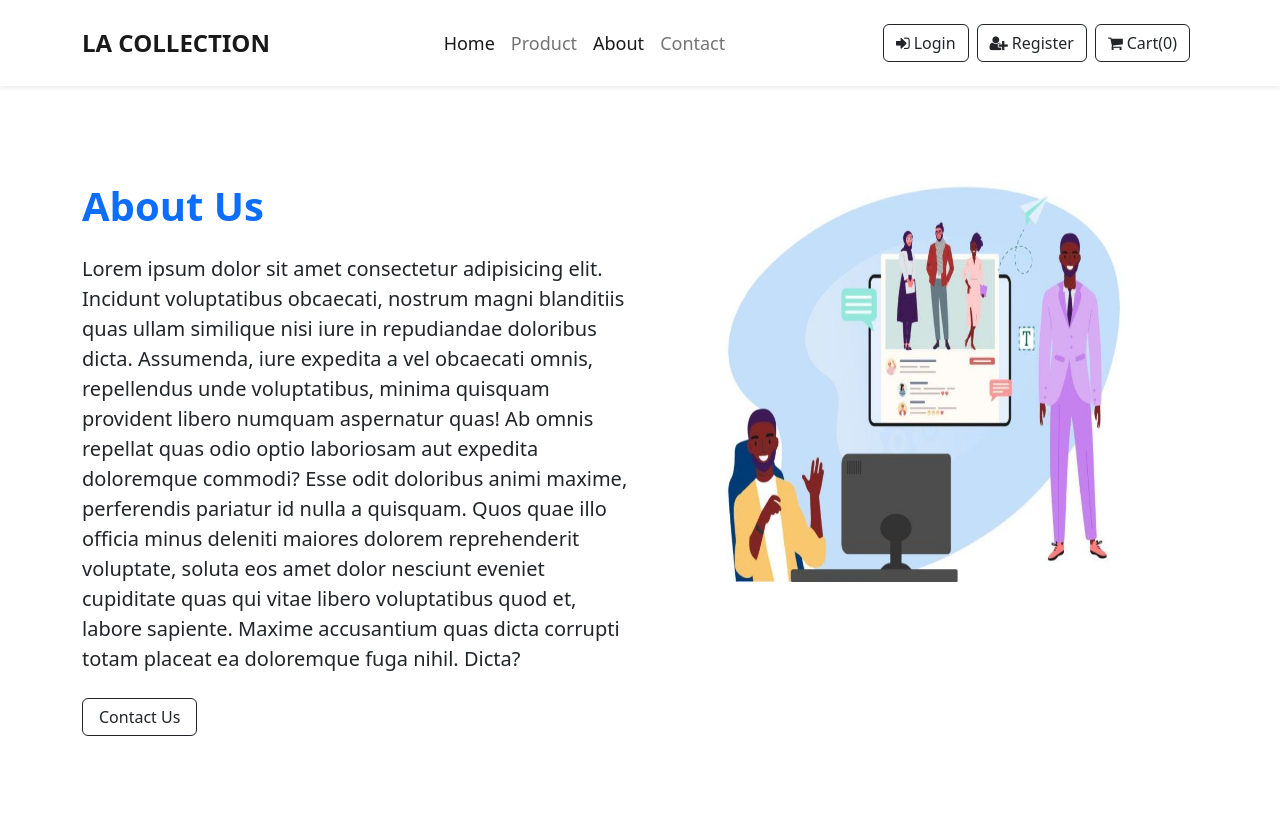
Repository: tiendungjr123/Ecommerce
Page: /about
These files come from the project's save history. The page is drawn as it stood at one moment and after the next save; the edit follows.
The browser window is 1280 px wide. The pictures show the whole page.
The project was rebuilt for these pictures with package versions that can differ from the ones it lists, and the page was loaded fresh each time. Also part of the build but not shown: src/components/Products.jsx, src/components/Home.jsx, src/redux/action/index.js, src/components/ProductDetail.jsx, src/components/Contact.jsx, src/components/Cart.jsx, src/components/Checkout.jsx.

Above is the page before, as saved 2022-10-04 13:34:25.

### src/index.js
import React from 'react';
import ReactDOM from 'react-dom/client';
import './index.css';
import App from './App';
import '../node_modules/bootstrap/dist/css/bootstrap.min.css';
import '../node_modules/font-awesome/css/font-awesome.min.css';
import 'react-loading-skeleton/dist/skeleton.css'
import { BrowserRouter } from 'react-router-dom';
import store from './redux/store';
import { Provider } from 'react-redux';
const root = ReactDOM.createRoot(document.getElementById('root'));
root.render(
   <BrowserRouter>
      <Provider store={store}>
         <App />
      </Provider>
   </BrowserRouter>
);

### src/index.css
body {
   margin: 0;
   font-family: -apple-system, BlinkMacSystemFont, "Segoe UI", "Roboto", "Oxygen", "Ubuntu", "Cantarell", "Fira Sans",
      "Droid Sans", "Helvetica Neue", sans-serif;
   -webkit-font-smoothing: antialiased;
   -moz-osx-font-smoothing: grayscale;
}

code {
   font-family: source-code-pro, Menlo, Monaco, Consolas, "Courier New", monospace;
}

### src/App.js
import './App.css';
import Home from './components/Home';
import Navbar from './components/Navbar';
import {Route,  Routes} from 'react-router-dom';
import Products from './components/Products';
import ProductDetail from './components/ProductDetail';
import About from './components/About';
import Contact from './components/Contact';
import Cart from './components/Cart';
import Checkout from './components/Checkout';
function App() {
   return (
      <>
         <Navbar/>
         <Routes>
            <Route exact path='/' element={<Home/>}/>
            <Route exact path='/products' element={<Products/>}/>
            <Route exact path='/products/:id' element={<ProductDetail/>}/>
            <Route exact path='/about' element={<About/>}/>
            <Route exact path='/contact' element={<Contact/>}/>
            <Route exact path='/cart' element={<Cart/>}/>
            <Route exact path='/checkout' element={<Checkout/>}/>
         </Routes>
      </>
   );
}

export default App;

### src/redux/store.js
import { createStore } from "redux";
import rootReducers from "./reducer";
const store = createStore(rootReducers);

export default store;

### src/App.css
/* Navbar css */

.navbar-nav a{
   font-size: 18px;
}

/* Card css*/

.card{
   transition: all 0.5s ease;
}

.card:hover{
   transform: scale(1);
   box-shadow: 5px 5px 10px rgba(0, 0, 0, 0.5);
}

/* Product detail */
.img-detail{
   transition: all 0.5s ease;
}
.img-detail:hover{
   transform: scale(1.1);
   box-shadow: 5px 5px 10px rgba(0, 0, 0, 0.5);
}

### src/components/Navbar.jsx
import React from 'react';
import { NavLink } from 'react-router-dom';
import { useSelector } from 'react-redux';
const Navbar = () => {
   const state = useSelector((state) => state.handleCart);
   return (
      <div>
         <nav className="navbar navbar-expand-lg bg-white py-3 shadow-sm">
            <div className="container">
               <NavLink className="navbar-brand fw-bold fs-4" to="/">LA COLLECTION</NavLink>
               <button className="navbar-toggler" type="button" data-bs-toggle="collapse" data-bs-target="#navbarSupportedContent" aria-controls="navbarSupportedContent" aria-expanded="false" aria-label="Toggle navigation">
                  <span className="navbar-toggler-icon"></span>
               </button>
               <div className="collapse navbar-collapse" id="navbarSupportedContent">
                  <ul className="navbar-nav mx-auto mb-2 mb-lg-0">
                     <li className="nav-item">
                        <NavLink className="nav-link active" aria-current="page" to="/">Home</NavLink>
                     </li>
                     <li className="nav-item">
                        <NavLink className="nav-link" to="/products">Product</NavLink>
                     </li>
                     <li className="nav-item">
                        <NavLink className="nav-link" to="/about">About</NavLink>
                     </li>
                     <li className="nav-item">
                        <NavLink className="nav-link" to="/contact">Contact</NavLink>
                     </li>
                  </ul>
                  <div className="buttons ">
                     <NavLink to="/login" className='btn btn-outline-dark'>
                        <i className='fa fa-sign-in me-1'></i>Login
                     </NavLink>
                     <NavLink to="/register" className='btn btn-outline-dark ms-2'>
                        <i className='fa fa-user-plus me-1'></i>Register
                     </NavLink>
                     <NavLink to="/cart" className='btn btn-outline-dark m-2'>
                        <i className='fa fa-shopping-cart me-1'></i>Cart({state.length})
                     </NavLink>
                  </div>
               </div>
            </div>
         </nav>
      </div>
   );
}

export default Navbar;

### src/components/About.jsx
import React from 'react';
import { NavLink } from 'react-router-dom';

const About = () => {
   return (
      <div>
         <div className="container my-5 py-5">
            <div className="row">
               <div className="col-md-6">
                  <h1 className='text-primary fw-bold mb-4'>About Us</h1>
                  <p className='lead mb-4'>Lorem ipsum dolor sit amet consectetur adipisicing elit. Incidunt voluptatibus obcaecati, nostrum magni blanditiis quas ullam similique nisi iure in repudiandae doloribus dicta. Assumenda, iure expedita a vel obcaecati omnis, repellendus unde voluptatibus, minima quisquam provident libero numquam aspernatur quas! Ab omnis repellat quas odio optio laboriosam aut expedita doloremque commodi? Esse odit doloribus animi maxime, perferendis pariatur id nulla a quisquam. Quos quae illo officia minus deleniti maiores dolorem reprehenderit voluptate, soluta eos amet dolor nesciunt eveniet cupiditate quas qui vitae libero voluptatibus quod et, labore sapiente. Maxime accusantium quas dicta corrupti totam placeat ea doloremque fuga nihil. Dicta?</p>
                  <NavLink to='/contact' className='btn btn-outline-dark px-3'>Contact Us</NavLink>
               </div>
               <div className="col-md-6 d-flex justify-content-center">
                  <img src="/assets/about.jpg" alt="About Us" height="400px" width="400px" />
               </div>
            </div>
         </div>
      </div>
   );
}

export default About;

### src/redux/reducer/index.js
import handleCart from "./handleCart";
import { combineReducers } from "redux";

const rootReducers =  combineReducers({
   handleCart,
})

export default rootReducers;

### src/redux/reducer/handleCart.js
const cart = [];

const handleCart = (state = cart, action) => {
   const product = action.payload;
   switch (action.type) {
      case 'cart/addProduct':
         const exits = state.find((x) => x.id === product.id);
         if (exits) {
            return state.map((x) => x.id === product.id ? { ...x, qty: x.qty + 1 } : x)
         }else{
            const product = action.payload;
            return [
               ...state,
               {
                  ...product,
                  qty: 1,
               }
            ]
         }
         break;
      case 'cart/deleteProduct':
         const exits1 = state.find((x) => x.id === product.id);
         if(exits1.qty === 1){
            return state.filter((x) => x.id !== exits1.id)
         }
         else{
            return state.map((x) =>
               x.id === product.id ? {...x, qty: x.qty-1}:x
            );
         }
         break;
      default:
         return state;
   }
}

export default handleCart;

Loaded but not shown: public/index.html (common file)

After the next save:
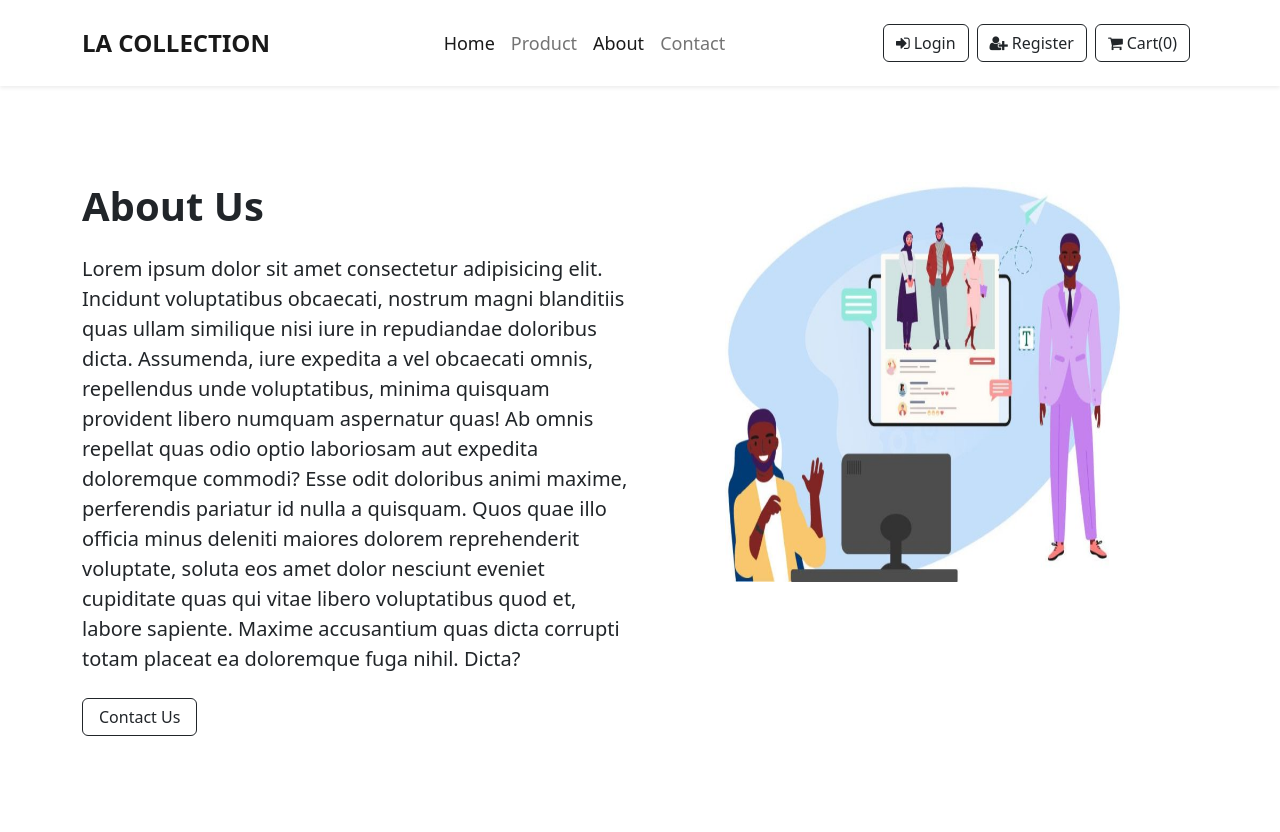
Saved 9 s later.
--- a/src/components/About.jsx
+++ b/src/components/About.jsx
@@ -7,7 +7,7 @@ const About = () => {
          <div className="container my-5 py-5">
             <div className="row">
                <div className="col-md-6">
-                  <h1 className='text-primary fw-bold mb-4'>About Us</h1>
+                  <h1 className=' fw-bold mb-4'>About Us</h1>
                   <p className='lead mb-4'>Lorem ipsum dolor sit amet consectetur adipisicing elit. Incidunt voluptatibus obcaecati, nostrum magni blanditiis quas ullam similique nisi iure in repudiandae doloribus dicta. Assumenda, iure expedita a vel obcaecati omnis, repellendus unde voluptatibus, minima quisquam provident libero numquam aspernatur quas! Ab omnis repellat quas odio optio laboriosam aut expedita doloremque commodi? Esse odit doloribus animi maxime, perferendis pariatur id nulla a quisquam. Quos quae illo officia minus deleniti maiores dolorem reprehenderit voluptate, soluta eos amet dolor nesciunt eveniet cupiditate quas qui vitae libero voluptatibus quod et, labore sapiente. Maxime accusantium quas dicta corrupti totam placeat ea doloremque fuga nihil. Dicta?</p>
                   <NavLink to='/contact' className='btn btn-outline-dark px-3'>Contact Us</NavLink>
                </div>
